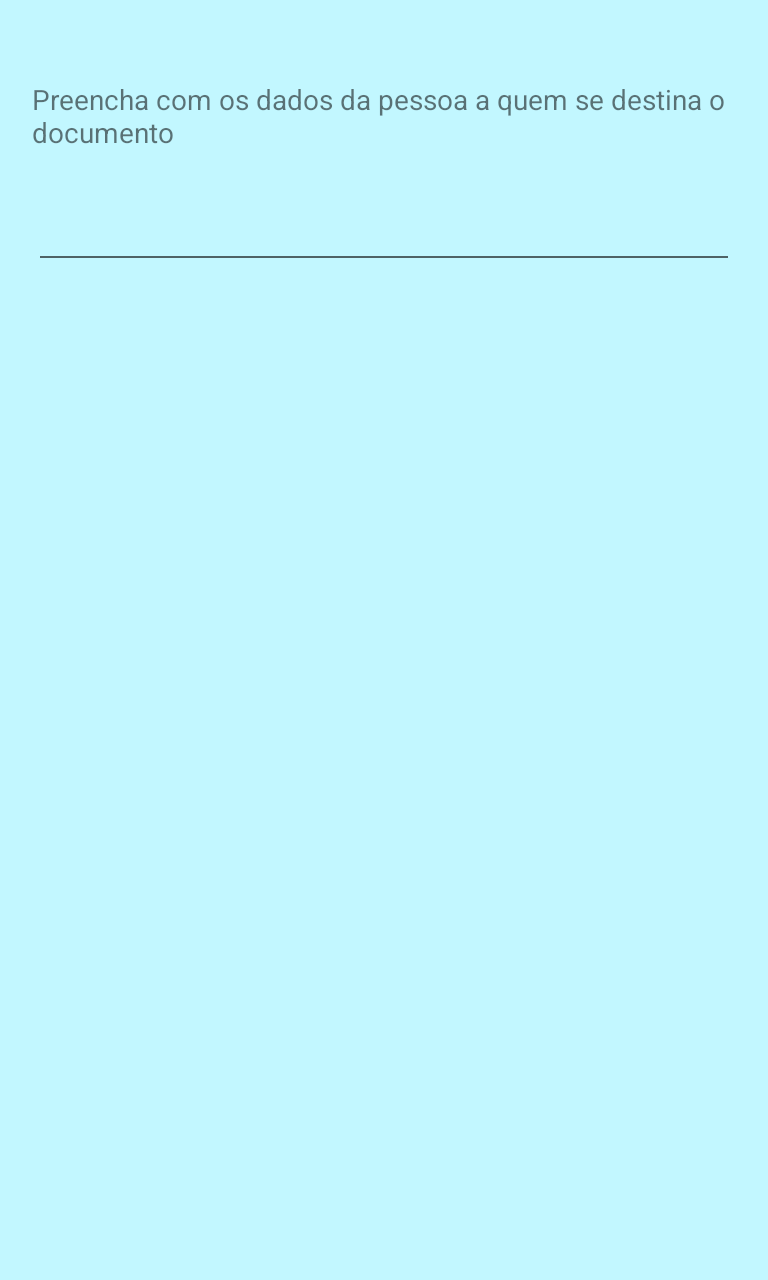
Repository: pdelfino/Projeto-livre
Layout: Protesto Livre/ProtestoLivre/res/layout/fragment_tela05.xml
These files come from the project's save history. The layout is drawn as it stood at one moment and after the next save; the edit follows.
It is drawn on a 768 x 1280 px phone screen (xhdpi) without system bars, with theme AppTheme; the app's code is not run. The app's manifest (not shown) leaves right-to-left support off. So textAlignment, textDirection and layoutDirection are ignored, and left and right values win over start and end ones.

Above is the layout before, as saved 2014-05-29 00:03:23.

### Protesto Livre/ProtestoLivre/res/layout/fragment_tela05.xml
<RelativeLayout xmlns:android="http://schemas.android.com/apk/res/android"
    xmlns:tools="http://schemas.android.com/tools"
    android:layout_width="match_parent"
    android:layout_height="match_parent"
    android:background="#C2F7FF"
    android:paddingBottom="@dimen/activity_vertical_margin"
    android:paddingLeft="@dimen/activity_horizontal_margin"
    android:paddingRight="@dimen/activity_horizontal_margin"
    android:paddingTop="@dimen/activity_vertical_margin"
    tools:context="br.sp.protestolivre.Tela05$PlaceholderFragment" >

    <TextView
        android:id="@+id/textView1"
        android:layout_width="wrap_content"
        android:layout_height="wrap_content"
        android:layout_alignParentTop="true"
        android:layout_centerHorizontal="true"
        android:layout_marginTop="24dp"
        android:textAlignment="center"
        android:text="Preencha com os dados da pessoa a quem se destina o documento" />

    <EditText
        android:id="@+id/editText1"
        android:layout_width="wrap_content"
        android:layout_height="wrap_content"
        android:layout_alignLeft="@+id/textView1"
        android:layout_alignRight="@+id/textView1"
        android:layout_below="@+id/textView1"
        android:layout_marginTop="20dp"
        android:ems="10"
        android:inputType="textPersonName" />

</RelativeLayout>

Loaded but not shown: Protesto Livre/ProtestoLivre/res/values/styles.xml (common file); Protesto Livre/ProtestoLivre/res/values-v11/styles.xml (common file); Protesto Livre/ProtestoLivre/res/values-v14/styles.xml (common file); Protesto Livre/ProtestoLivre/res/values/dimens.xml (common file); Protesto Livre/ProtestoLivre/res/values-w820dp/dimens.xml (common file)

After the next save:
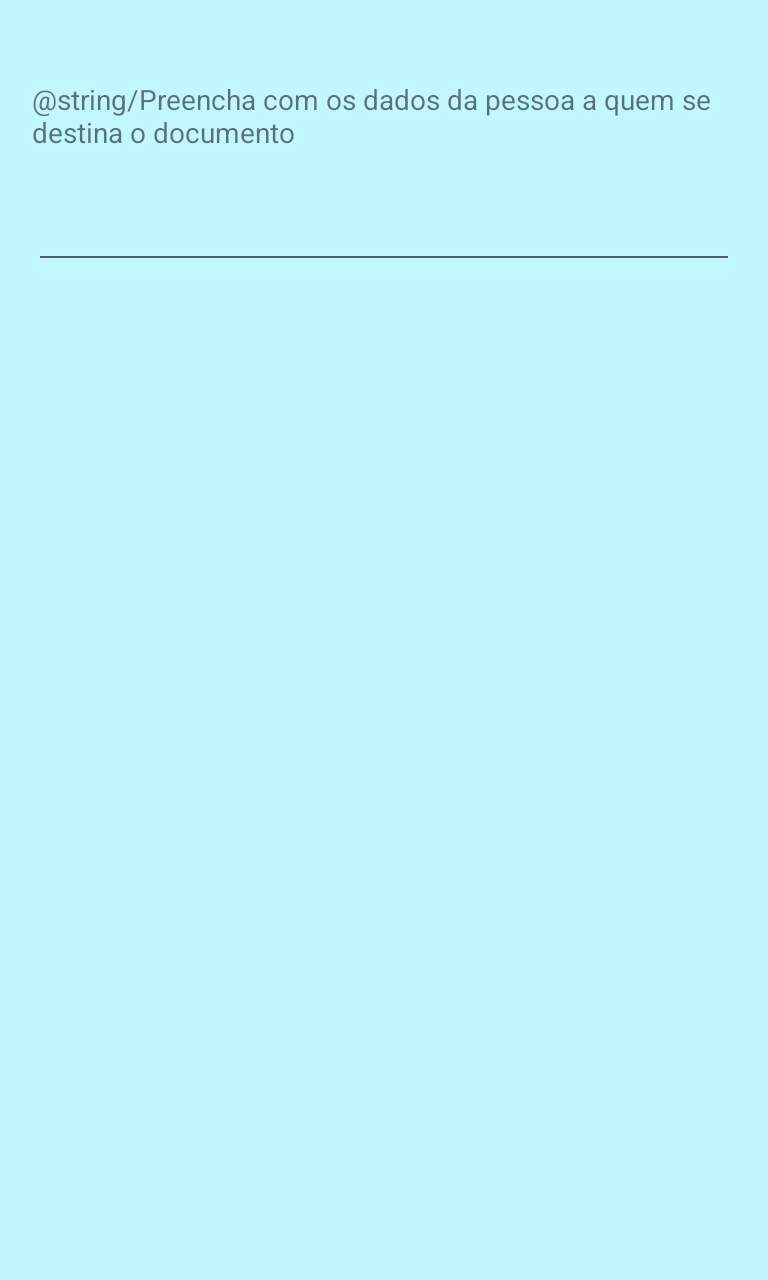
Saved 20 s later.
--- a/Protesto Livre/ProtestoLivre/res/layout/fragment_tela05.xml
+++ b/Protesto Livre/ProtestoLivre/res/layout/fragment_tela05.xml
@@ -17,7 +17,7 @@
         android:layout_centerHorizontal="true"
         android:layout_marginTop="24dp"
         android:textAlignment="center"
-        android:text="Preencha com os dados da pessoa a quem se destina o documento" />
+        android:text="@string/Preencha com os dados da pessoa a quem se destina o documento" />
 
     <EditText
         android:id="@+id/editText1"
